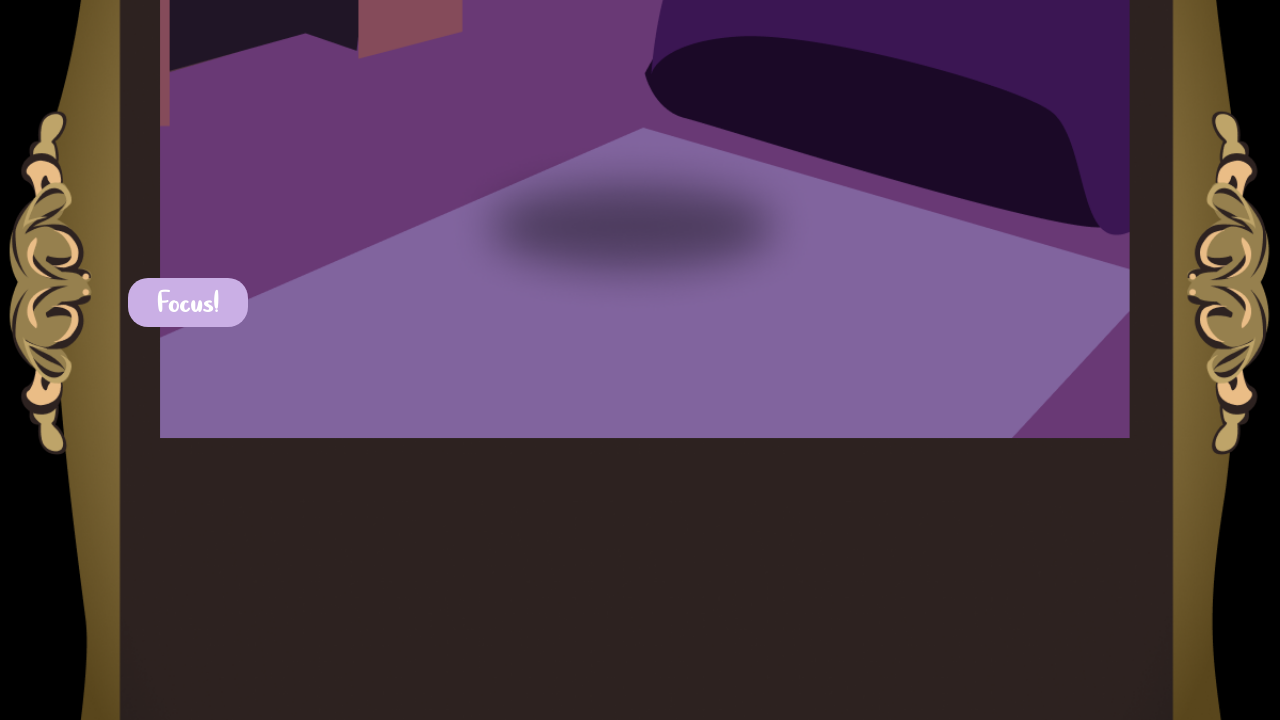
Repository: zhangolivia7/Little-Witch-Alcove
Page: popup.html
The author's editor kept a copy of each file at every save. The page is drawn from the files as they stood at one save, then again after the next save.
The browser window is 1280 px wide. The pictures show the whole page.

Above is the page before, as saved 2025-11-15 16:15:44.

After the next save:
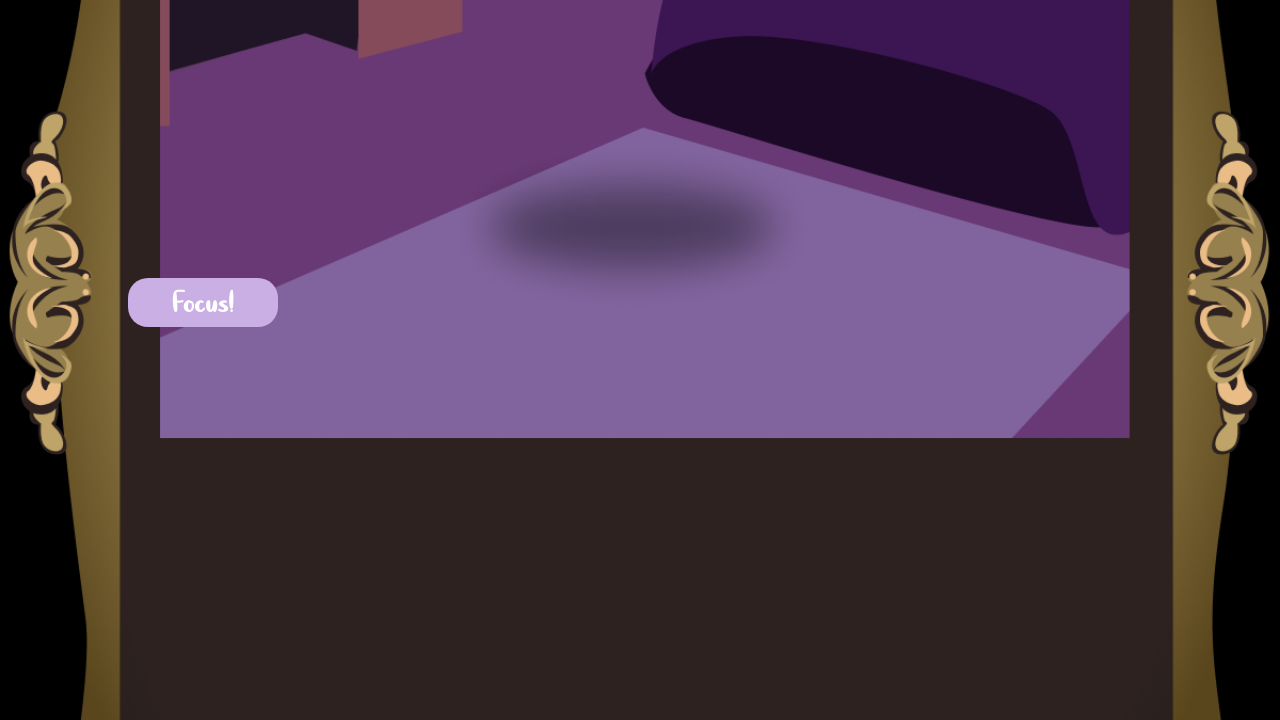
Saved 31 s later.
--- a/popup.css
+++ b/popup.css
@@ -21,7 +21,7 @@ body {
   }
 
   #focus-btn {
-    width: 30%;
+    width: 150px;
     margin-left: 25%;
     margin-top: 250px;
     padding: 10px 5px 5px 5px;
